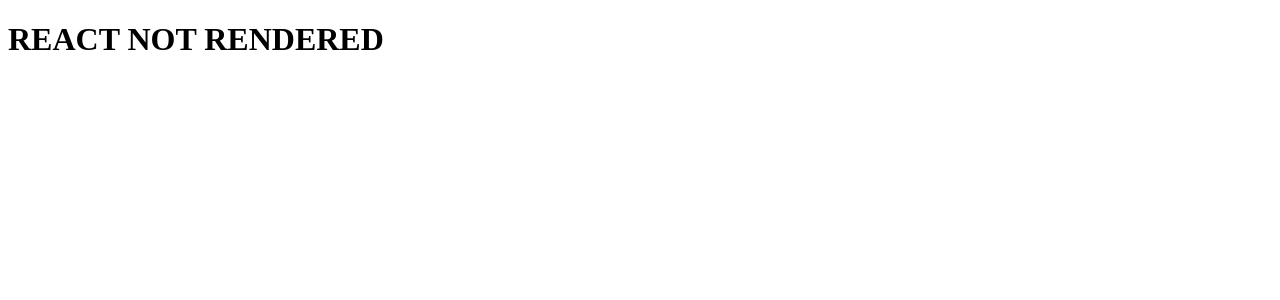
Repository: GAUTAM2349/NamasteReact
Page: index.html
An editor plug-in stored every save of this project. The page is shown before and after a run of saves, followed by the edit.
The browser window is 1280 px wide. The pictures show the whole page.

Above is the page before, as saved 2024-01-05 00:50:52.
Console error: SyntaxError: Unexpected end of input

### index.html
<!DOCTYPE html>
<html lang="en">
  <head>
    <meta charset="UTF-8" />
    <meta name="viewport" content="width=device-width, initial-scale=1.0" />
    <title>Namaste React</title>
    <script
      crossorigin
      src="https://unpkg.com/react@18/umd/react.development.js"
    ></script>
    <script
      crossorigin
      src="https://unpkg.com/react-dom@18/umd/react-dom.development.js"
    ></script>
  </head>
  <body>
    <div class="root" id="root">
      <h1>REACT NOT RENDERED</h1>
    </div>

    <script>
      let root = ReactDOM.createRoot(document.getElementById("root"));

      let heading = React.createElement("h1", {}, "Hello form react");
      console.log(heading);
      heading.textContent = "nothing bro";
      root.render(heading);

      let h1 = React.createElement("h1",{
        title : "first-heading",
        class : "first-heading"
      },"First Heading");


      let h2 = React.createElement("h2",{
        title : "Second-heading",
        class : "Second-heading"
      },"Second Heading");

      let div_container =
    </script>
  </body>
</html>

After the next 22 saves:
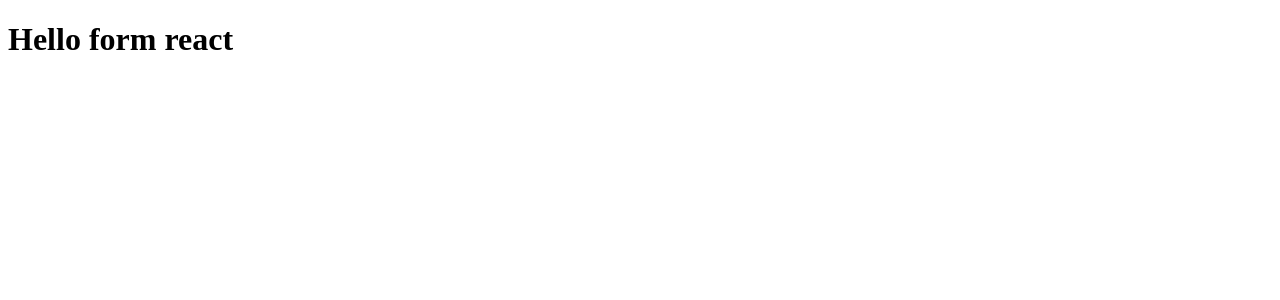
The error is gone.
The 22 saves are shown as one change because they came seconds apart.
The last was saved 39 s later.
--- a/index.html
+++ b/index.html
@@ -37,7 +37,10 @@
         class : "Second-heading"
       },"Second Heading");
 
-      let div_container =
+      let div_container = React.createElement("div",{
+        id : "container",
+        class : ""
+      })
     </script>
   </body>
 </html>
